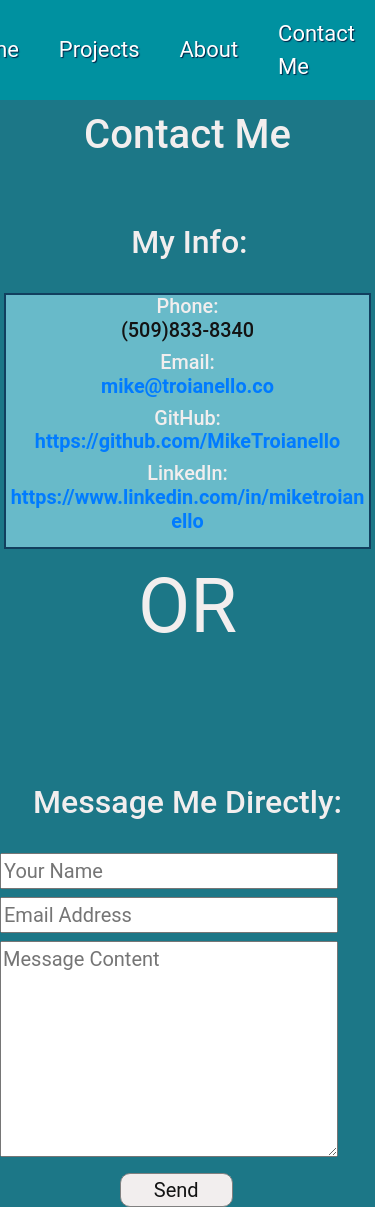
Repository: MikeTroianello/troianello
Page: /contact
These files come from the project's save history. The page is drawn as it stood at one moment and after a run of saves; the edit follows.
The browser window is 375 px wide. The pictures show the whole page.
The project was rebuilt for these pictures with package versions that can differ from the ones it lists, and the page was loaded fresh each time. Also part of the build but not shown: src/components/context-sensitive/Greet.js, src/components/locations/Home.js, src/components/locations/About/About.css, src/components/locations/About/AboutMobile.css, src/components/locations/About/About.js, src/components/cards/RainbowDay.js, src/components/cards/CanvasBubbles.js, src/components/cards/projectCard.css and 4 more.

Above is the page before, as saved 2019-08-02 18:20:13.

### public/index.html
<!DOCTYPE html>
<html lang="en">
  <head>
    <meta charset="utf-8" />
    <link rel="shortcut icon" href="%PUBLIC_URL%/favicon.ico" />
    <meta name="viewport" content="width=device-width, initial-scale=1" />
    <meta name="theme-color" content="#000000" />
    <!--
      manifest.json provides metadata used when your web app is installed on a
      user's mobile device or desktop. See https://developers.google.com/web/fundamentals/web-app-manifest/
    -->
    <link rel="manifest" href="%PUBLIC_URL%/manifest.json" />
    <!--
      Notice the use of %PUBLIC_URL% in the tags above.
      It will be replaced with the URL of the `public` folder during the build.
      Only files inside the `public` folder can be referenced from the HTML.

      Unlike "/favicon.ico" or "favicon.ico", "%PUBLIC_URL%/favicon.ico" will
      work correctly both with client-side routing and a non-root public URL.
      Learn how to configure a non-root public URL by running `npm run build`.
    -->
    <title>MIKE TROIANELLO</title>
  </head>
  <body>
    <noscript>You need to enable JavaScript to run this app.</noscript>
    <div id="root"></div>
  </body>
</html>

### src/App.js
import React, { Component } from 'react';
import { BrowserRouter as Router, Route, Switch } from 'react-router-dom';
import Header from './components/Header';
import Home from './components/locations/Home';
import About from './components/locations/About/About';
import Projects from './components/locations/Projects';
import Contact from './components/locations/Contact/Contact';
import NotFound from './components/locations/NotFound';
import Greet from './components/context-sensitive/Greet.js';
import './App.css';

class App extends Component {
  // state = {
  //   header: '',
  //   hours: new Date().getHours()
  // };

  // componentDidMount() {
  //   window.addEventListener('scroll', this.handleScroll);
  // }

  // componentWillUnmount() {
  //   window.removeEventListener('scroll', this.handleScroll);
  // }

  // handleScroll = event => {
  //   let scrollTop = event.srcElement.body.scrollTop;
  //   console.log(window.scrollY);
  //   // if(window.scrollY > 200 && this.state.header) {
  //   if (window.scrollY < 88) {
  //     this.setState({ header: '' });
  //     console.log(this.state.header);
  //   }
  //   if (window.scrollY > 88 && window.scrollY < 502) {
  //     this.setState({ header: <Greet classname='header-greet' /> });
  //     console.log(this.state.header);
  //   }
  //   if (window.scrollY > 503 && window.scrollY < 1266) {
  //     this.setState({ header: 'My Projects' });
  //     console.log(this.state.header);
  //   }
  //   if (window.scrollY > 1267) {
  //     this.setState({ header: 'About Me' });
  //     console.log(this.state.header);
  //   }
  // };

  render() {
    return (
      <div className='App'>
        <Router>
          {/* <Header showHeader={this.state.header} /> */}
          <Header />
          <div>
            <Switch>
              <Route exact path='/' component={Home} />
              <Route exact path='/about' component={About} />
              <Route exact path='/projects' component={Projects} />
              <Route exact path='/contact' component={Contact} />
              <Route component={NotFound} />
            </Switch>
          </div>
        </Router>
      </div>
    );
  }
}

export default App;

### src/components/Header.js
import React, { Component } from 'react';
import { Link } from 'react-router-dom';
import Greet from '../components/context-sensitive/Greet.js';

export default class Header extends Component {
  render() {
    // let headerClass = this.props.showHeader ? 'header' : 'header transition';
    // if(this.props.showHeader == "time"){
    //   this.props.showHeader = <Greet/>
    // }
    /* <div className={headerClass}> */
    return (
      <div className='header'>
        <div className='links'>
          {/* <div className='logo'>
            <Link to='/'>Mt</Link>
          </div> */}
          <Link to='/' className='logo-2'>
            <h1 className='mt-logo'>Mt</h1>
          </Link>
          <div>{this.props.showHeader}</div>

          <div className='individual-link'>
            <Link to='/'>Home</Link>
          </div>
          <div className='individual-link'>
            <Link to='/projects'>Projects</Link>
          </div>
          <div className='individual-link'>
            <Link to='/about'>About</Link>
          </div>
          <div className='individual-link test'>
            <Link to='/contact'>Contact Me</Link>
          </div>
        </div>
      </div>
    );
  }
}

### src/components/locations/Contact/Contact.js
import React from 'react';
import './Contact.css';
import './ContactMobile.css';

export default function Contact() {
  return (
    <div className='contact-page'>
      <h1 className='contact-center'>Contact Me</h1>
      <div className='row'>
        <div className='col-sm-5 contact-side-one'>
          <h2 className='contact-center-one'>My Info:</h2>
          <div className='contact-side-one-box'>
            <h3>
              Phone:
              <br />
              <span className='contact-number'>(509)833-8340</span>
            </h3>
            <h3>
              <h3>
                Email:
                <br />
                <strong>
                  <a
                    href='mailto:mike@troianello.co'
                    target='_blank'
                    rel='noopener noreferrer'
                  >
                    mike@troianello.co
                  </a>
                </strong>
              </h3>
              GitHub:
              <br />
              <strong>
                <a
                  href='https://github.com/MikeTroianello'
                  target='_blank'
                  rel='noopener noreferrer'
                >
                  https://github.com/MikeTroianello
                </a>
                <br />
              </strong>
            </h3>
            <h3>
              LinkedIn: <br />
              <strong>
                <a
                  href='https://www.linkedin.com/in/miketroianello'
                  target='_blank'
                  rel='noopener noreferrer'
                >
                  https://www.linkedin.com/in/miketroianello
                </a>
              </strong>
            </h3>
          </div>
        </div>
        <div className='col-sm-2 or'>OR</div>
        <div className='col-sm-5 contact-side-two'>
          <h2 className='contact-center-two'>Message Me Directly:</h2>
          <form
            className='contact-message'
            action='https://formspree.io/mike@troianello.co'
            method='POST'
          >
            <label>
              <input
                type='name'
                name='name'
                className='contact-message-input'
                placeholder='Your Name'
              />
            </label>
            <label>
              <input
                type='email'
                name='email'
                className='contact-message-input'
                placeholder='Email Address'
              />
            </label>
            <label>
              <textarea
                rows='7'
                name='content'
                className='contact-message-input'
                placeholder='Message Content'
              />
            </label>
            <button className='contact-button'>Send</button>
          </form>
        </div>
      </div>
    </div>
  );
}

### src/App.css
:root {
  --off-black: #131313;
  --off-white: #f2eeee;
}

.App {
  font-family: 'roboto';
}
@import url('https://fonts.googleapis.com/css?family=Chivo&display=swap');
@import url('https://fonts.googleapis.com/css?family=Roboto&display=swap');
@import url('https://fonts.googleapis.com/css?family=Exo+2:800&display=swap');

.App-header {
  background-color: #282c34;
  min-height: 100vh;
  display: flex;
  flex-direction: column;
  /* align-items: center; */
  justify-content: center;
  font-size: calc(10px + 2vmin);
  /* color: white; */
}

/* .App-link {
  color: #61dafb;
} */

body {
  padding-top: 47px;
}

div {
  font-size: 20px;
}

p {
  margin-left: 4em;
  color: var(--off-black);
}

/* HEADER */

.header {
  background-color: #0091a0;
  /* background-color: #192e6c; */
  overflow: hidden;
  position: fixed;
  top: 0;
  width: 100%;
  height: 100px;
  z-index: 1;
  transition: all 0.5s;
}

.header.transition {
  transition: all 0.5s;
}

.header a {
  text-decoration: none;
  font-family: 'roboto';
  color: white;
  text-shadow: 1px 1px 1px #002145;
  font-size: 1.1em;
}

/* HOME PAGE */

/* .home-bg {
  height: 300vh;
} */

.link {
  margin-left: 15em;
}

.link a {
  color: var(--off-white);
  background-color: #0091a0;
  border-style: solid;
  border-color: #a2d7dc;
  border-width: 2px;
  font-size: 1.75em;
  padding: 0.5em;
  /* border-radius: 5px; */
}

.home-top {
  background-color: #0091a0;
  height: 65vh;
  width: 100%;
  transform: skewY(-5deg);
  margin-top: -5vh;
  padding: 0;
}

.home-top h1 {
  text-align: center;
  color: var(--off-white);
  font-size: 5em;
  padding-left: 0.6em;
  padding-top: 0.8em;
  margin-bottom: 0;
  padding-bottom: 0;
  transform: skewY(5deg);
  text-shadow: 1px 1px 1px #007783;
}

.home-top h2 {
  text-align: center;
  color: var(--off-white);
  padding-left: 0.6em;
  margin-bottom: 0;
  padding-bottom: 0;
  transform: skewY(5deg);
  text-shadow: 1px 1px 1px #007783;
}

.home-typewriter-setup {
  /* position: relative;
    width: 29em;
    margin: 0 auto;
    text-align: center;
    white-space: nowrap;
    overflow: hidden; */
  position: relative;
  width: 24em;
  margin: 10vh auto;
  border-right: 3px solid rgba(255, 255, 255, 0.75);
  font-size: 180%;
  text-align: center;
  white-space: nowrap;
  overflow: hidden;
}

.home-typewriter-animation {
  animation: typewriter 4s steps(65) 1s 1 normal both,
    blinkTextCursor 1000ms steps(40) infinite normal;
}

@keyframes typewriter {
  from {
    width: 0;
  }
  to {
    width: 29.5em;
  }
}
@keyframes blinkTextCursor {
  from {
    border-right-color: rgba(255, 255, 255, 0.75);
  }
  to {
    border-right-color: transparent;
  }
}

.home-fade1 {
  height: 2vh;
  width: 100%;
  background-color: #a2d7dc;
  transform: skewY(-5deg);
  margin-top: -1vh;
}

.home-fade2 {
  height: 1vh;
  width: 100%;
  background-color: #e1e3e5;
  /* margin-top: -1vh; */
}

.home-about {
  height: 105vh;
  background: url('./components/images/pics/album-pics/thumbnail-3.jpg')
    no-repeat;
  background-size: 100% auto;
  background-position: 0 -30vh;
  /* background-repeat: no-repeat; */
  /* background-color: #909a9f; */
}

.home-about h1 {
  color: var(--off-white);
  font-size: 4.25em;
  margin-left: 1.25em;
}

.home-projects {
  font-size: 2em;
  padding-top: 1em;
  height: 110vh;
}

.home-projects h1 {
  color: var(--off-black);
  font-size: 2em;
  text-align: center;
}

.home-album-text {
  mix-blend-mode: difference;

  /* mix-blend-mode: exclusion; */
}

.home-contact {
  height: 50vh;
}

.home-contact h1 {
  font-size: 4.5em;
  margin-left: 1em;
  color: var(--off-white);
}

/* PROJECTS PAGE */

.projects {
  background-color: #1c7787;
  color: var(--off-white);
  /* height: 104vh; */
  /* margin-top: -3em; */
  padding-top: 3em;
  overflow: hidden;
  min-height: 97.45vh;
}

.project-box {
  display: flex;
  flex-wrap: wrap;
  justify-content: space-around;
  text-decoration: none;
  /* margin: 1vh 0; */
}

/* .project-box :hover {
  background: rgba(0, 0, 0, 1);
} */

.projects-title {
  text-align: center;
}

.projects-technologies {
  padding: 10vh 0 0 1.33vw;
  background-color: #1c7787;
  border-right: 1.5px solid black;
}

/* COLOR SCHEME REMAINING CLASSES DON'T DELETE YET!!!! */

/* .container-fluid {
  height: 500px;
} */

/* .row {
  height: 500px;
} */

.links {
  display: flex;
  justify-content: flex-end;
  align-items: center;
}

.individual-link {
  margin: 0 1em;
}

/* logo */

.logo {
  color: white;
  padding: 1px 6px;
  font-size: 1.35em;
  font-weight: bold;
  border-style: solid;
  border-color: White;
  border-width: 2px;
  margin: 20px auto 20px 15px;
}

.logo-2 {
  color: white;
  padding: 1px 6px 0;
  font-weight: bold;
  border-style: solid;
  border-color: White;
  border-width: 2px;
  margin: 20px auto 20px 15px;
}

.mt-logo {
  margin: 3px 0;
}

.react {
  animation-name: spin;
  animation-duration: 35s;
  animation-iteration-count: infinite;
  animation-timing-function: linear;
}

@keyframes spin {
  from {
    transform: rotate(0deg);
  }
  to {
    transform: rotate(360deg);
  }
}

/* table,
th,
td {
  border: 2px solid black;
}

td {
  font-size: 2em;
} */

### src/components/locations/Contact/Contact.css
.contact-page {
  background-color: #1c7787;
  color: var(--off-white);
  /* height: 101.8vh; HERE */
  min-height: 101.8vh;
  overflow: hidden;
  margin-top: -3em;
  padding-top: 3em;
}

.contact-page h1 {
  margin: 8vh;
}

/* .contact-side-one {
  } */

.contact-side-one-box {
  border: 2px solid #113f5e;
  background-color: rgba(137, 215, 229, 0.7);
  text-align: center;
  margin-left: 1vw;
  margin-right: 1vw;
  padding-bottom: 5px;
  word-wrap: break-word;
}

.contact-number {
  color: var(--off-black);
}

.contact-center {
  text-align: center;
  margin-bottom: 4vh;
}

.contact-center-one {
  text-align: center;
  margin-bottom: 4vh;
  margin-left: 1vw;
}

.contact-center-two {
  text-align: center;
  margin-bottom: 4vh;
}

.or {
  margin-bottom: 15vh;
  display: flex;
  justify-content: center;
  align-items: center;
  font-size: 3.8em;
  color: var(--off-white);
}

/* .contact-side-two{
    display: flex;
  } */

.contact-message {
  flex-direction: column;
  /* align-items:center; */
  display: flex;
}

.contact-message-input {
  width: 90%;
}

.contact-button {
  width: 30%;
  border: 1px solid gray;
  border-radius: 10px;
  color: var(--off-black);
  background: var(--off-white);
  margin-left: 32%;
}

### src/components/locations/Contact/ContactMobile.css
@media (max-width: 425px) {
  .contact-page {
    min-height: 101.8vh;
    overflow: hidden;
    margin-top: -3em;
    padding-top: 3em;
  }

  .contact-page h1 {
    margin: 8vh;
  }

  .contact-page h3 {
    font-size: 1.24rem;
  }

  /* .contact-side-one {
  } */

  .contact-side-one-box {
    border: 2px solid #113f5e;
    background-color: rgba(137, 215, 229, 0.7);
    text-align: center;
    margin-left: 1vw;
    margin-right: 1vw;
    padding-bottom: 5px;
    word-wrap: break-word;
  }

  .contact-number {
    color: var(--off-black);
  }

  .contact-center {
    text-align: center;
    margin-bottom: 4vh;
  }

  .contact-center-one {
    text-align: center;
    margin-bottom: 4vh;
    margin-left: 1vw;
  }

  .contact-center-two {
    text-align: center;
    margin-bottom: 4vh;
  }

  .or {
    margin-bottom: 15vh;
    display: flex;
    justify-content: center;
    align-items: center;
    font-size: 3.8em;
    color: var(--off-white);
  }

  /* .contact-side-two{
    display: flex;
  } */

  .contact-message {
    flex-direction: column;
    /* align-items:center; */
    display: flex;
  }

  .contact-message-input {
    width: 90%;
  }

  .contact-button {
    width: 30%;
    border: 1px solid gray;
    border-radius: 10px;
    color: var(--off-black);
    background: var(--off-white);
    margin-left: 32%;
  }
}

Loaded but not shown: src/index.js (common file); src/index.css (common file); src/serviceWorker.js (common file)

After the next 2 saves:
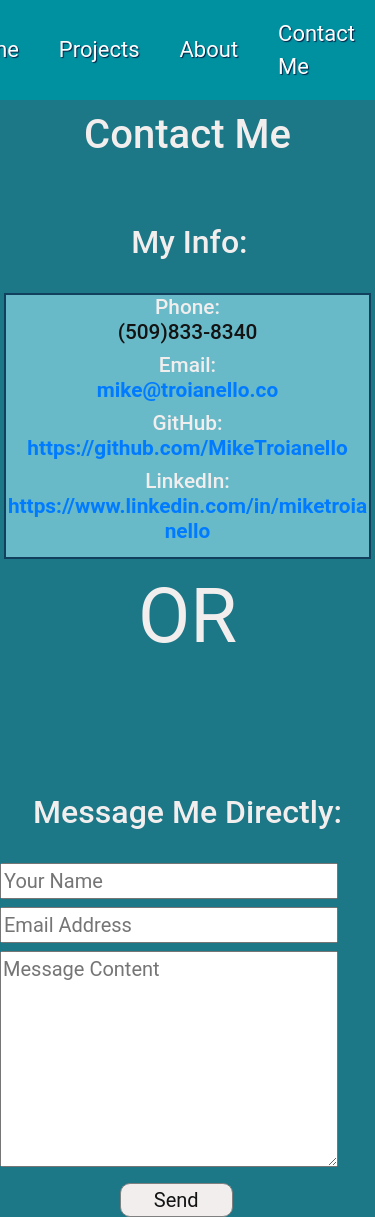
The 2 saves are shown as one change because they came seconds apart.
The last was saved 8 s later.
--- a/src/components/locations/Contact/ContactMobile.css
+++ b/src/components/locations/Contact/ContactMobile.css
@@ -11,7 +11,7 @@
   }
 
   .contact-page h3 {
-    font-size: 1.24rem;
+    font-size: 1.3rem;
   }
 
   /* .contact-side-one {
